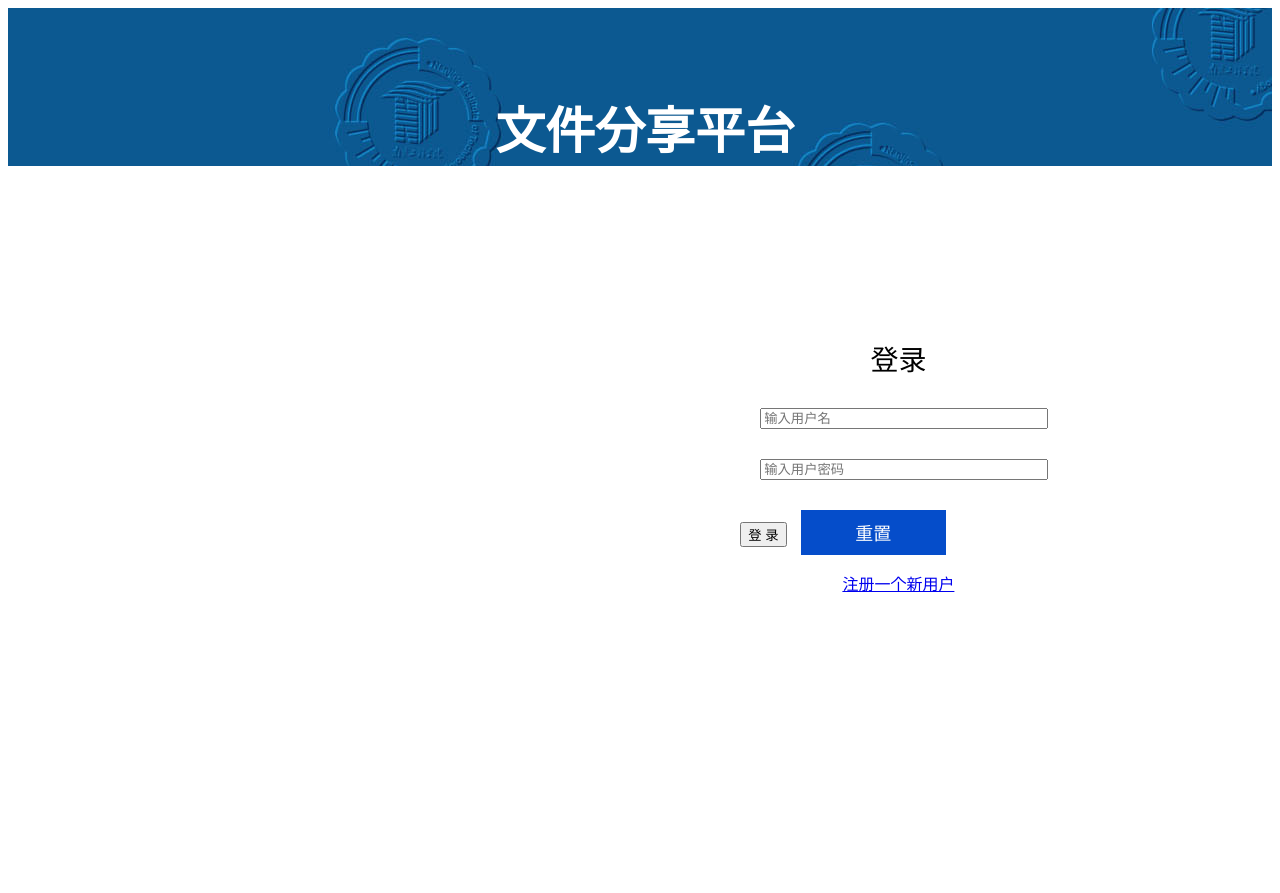
Repository: shunchensaber/Javaweb
Page: http://localhost/Web/MyHomePage.jsp
An editor plug-in stored every save of this project. The page is shown before and after the next save, followed by the edit.
The browser window is 1280 px wide. The pictures show the whole page.
The page is served by Tomcat 9.

Above is the page before, as saved 2019-04-01 08:33:01.

After the next save:
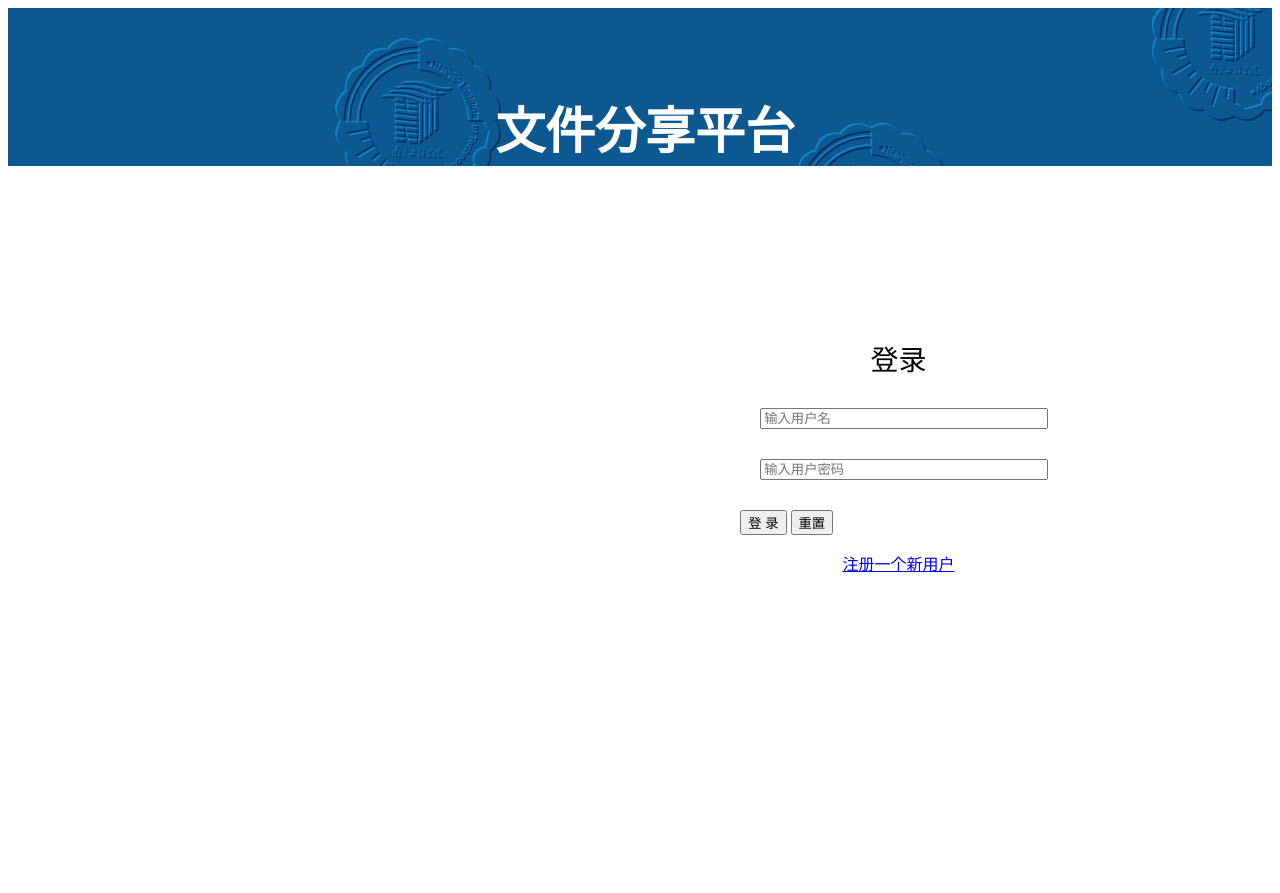
Saved 48 s later.
--- a/Web/WebContent/Myhomepage.css
+++ b/Web/WebContent/Myhomepage.css
@@ -1,65 +1,5 @@
 @charset "UTF-8";
-#wrap {
 
-	height: 719px;
-	width: 100;
-	position: relative;
-}
-
-#wrap .logGet {
-	height: 408px;
-	width: 368px;
-	position: absolute;
-	background-color: #FFFFFF;
-	top: 20%;
-	right: 15%;
-}
-.logC a button {
-	width: 46%;
-	height: 45px;
-	margin-left:10px;
-	background-color:#054dca;
-	border: none;
-	color: white;
-	font-size: 18px;
-}
-#p1 {
-
-	font-size: 28px;
-	margin-top: 30px;
-	width: 86%;
-}
-#wrap .logGet .logD.logDtip {
-	width: 86%;
-	border-bottom: 1px solid #ee7700;
-	margin-bottom: 60px;
-	margin-top: 0px;
-	margin-right: auto;
-	margin-left: auto;
-}
-.logGet .lgD img {
-	position: absolute;
-	top: 12px;
-	left: 8px;
-}
-.logGet .lgD input {
-
-}
-#wrap .logGet .lgD {
-	width: 86%;
-	position: relative;
-	margin-bottom: 30px;
-	margin-top: 30px;
-	margin-right: auto;
-	margin-left: auto;
-}
-#wrap .logGet .logC {
-	width: 86%;
-	margin-top: 0px;
-	margin-right: auto;
-	margin-bottom: 0px;
-	margin-left: auto;
-}
 #header
 {
 
